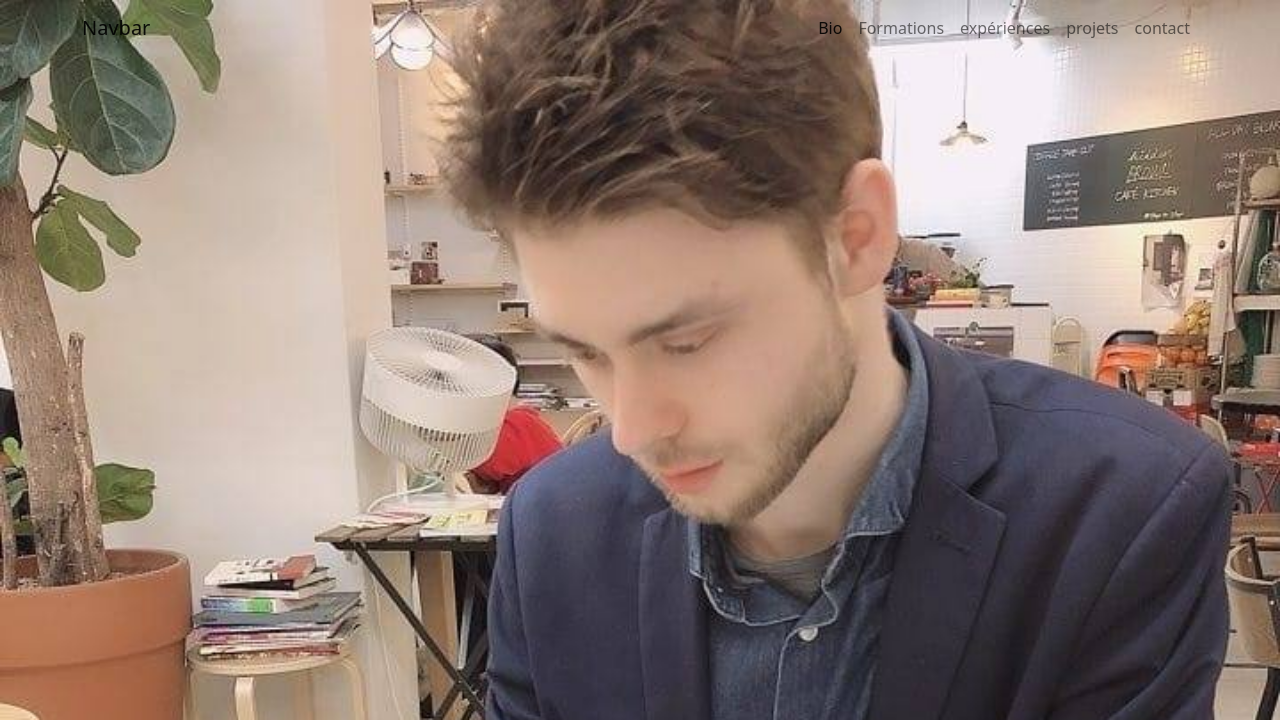
Repository: ypiard85/port-folio-bootstrap-yoann-2021
Page: index.html
An editor plug-in stored every save of this project. The page is shown before and after the next save, followed by the edit.
The browser window is 1280 px wide. The pictures show the whole page.

Above is the page before, as saved 2021-03-09 12:11:38.

After the next save:
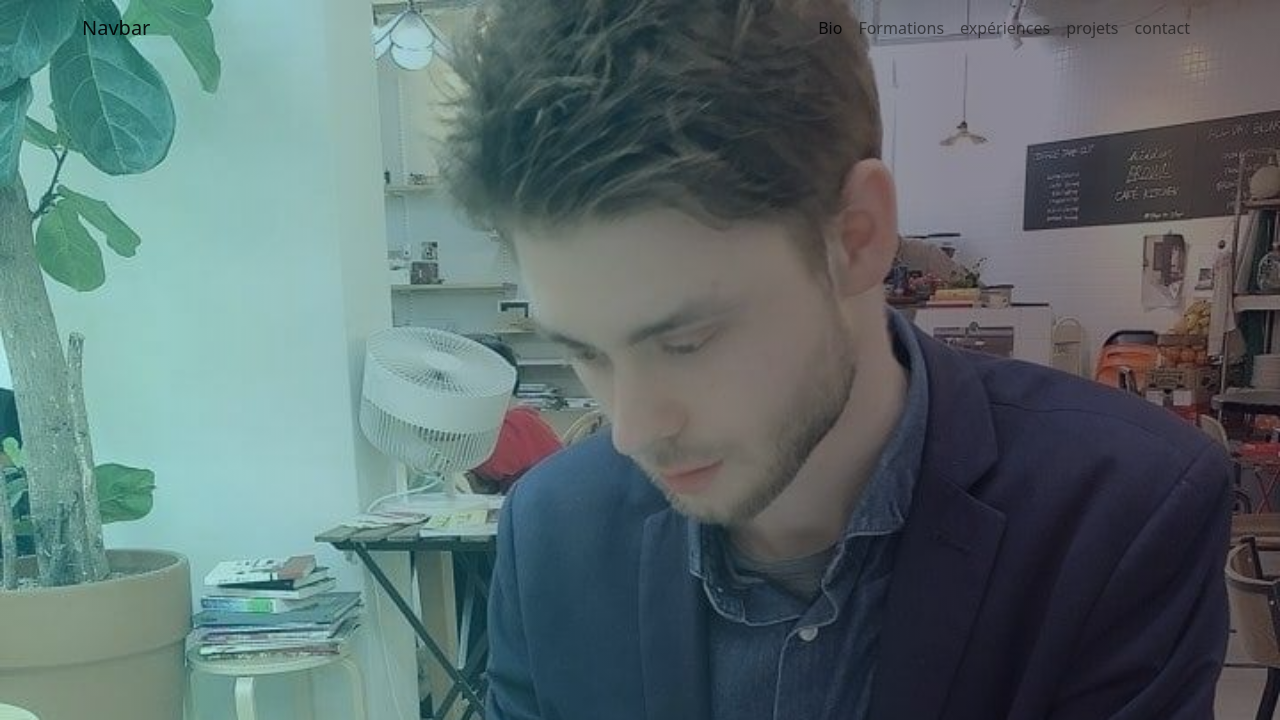
Saved 80 s later.
--- a/resource/style.css
+++ b/resource/style.css
@@ -5,7 +5,7 @@
 header{
     height: 100vh;
     background: gray;
-    background-image: url('./image/yoann_study.jpg');
+    background-image: linear-gradient(90deg, rgba(0,231,249,0.2780462526807598) 13%, rgba(0,4,24,0.4405112386751575) 74%), url('./image/yoann_study.jpg');
     background-repeat: no-repeat;
     background-size: cover;
     background-position: top center;
